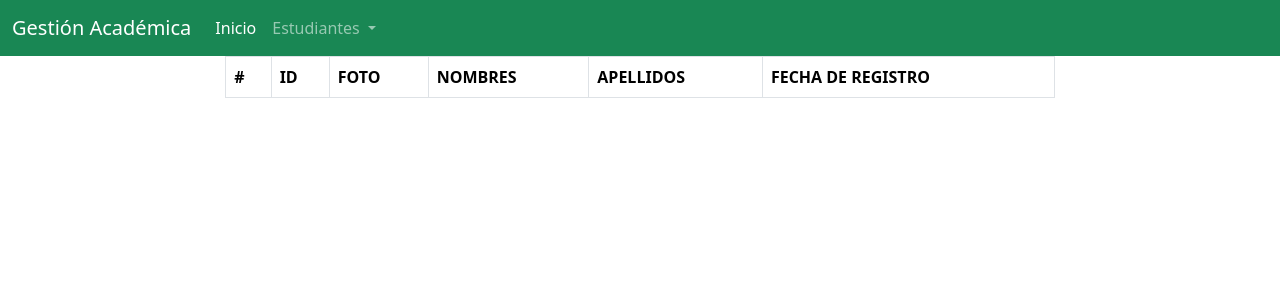
Repository: cesartomedes/frontacademico
Page: /
These files come from the project's save history. The page is drawn as it stood at one moment and after the next save; the edit follows.
The browser window is 1280 px wide. The pictures show the whole page.
The project was rebuilt for these pictures with package versions that can differ from the ones it lists, and the page was loaded fresh each time. Also part of the build but not shown: vue.config.js, src/components/HelloWorld.vue, src/views/EstudianteNew.vue, src/views/EstudianteEdit.vue, src/views/EstudianteView.vue.

Above is the page before, as saved 2023-10-24 15:44:20.

After the next save:
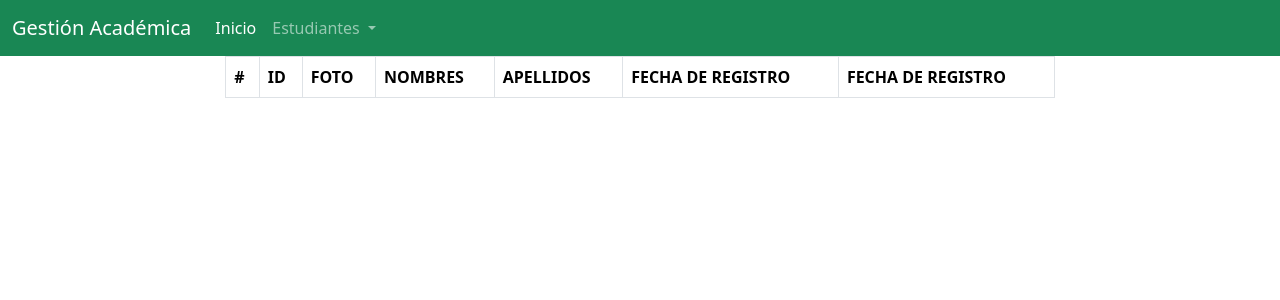
Saved 9 s later.
--- a/src/views/HomeView.vue
+++ b/src/views/HomeView.vue
@@ -10,6 +10,7 @@
                   <th>FOTO</th>
                   <th>NOMBRES</th>
                   <th>APELLIDOS</th>
+                  <th>FECHA DE REGISTRO</th>
                   <th>FECHA DE REGISTRO</th>
                 </tr>
               </thead>
